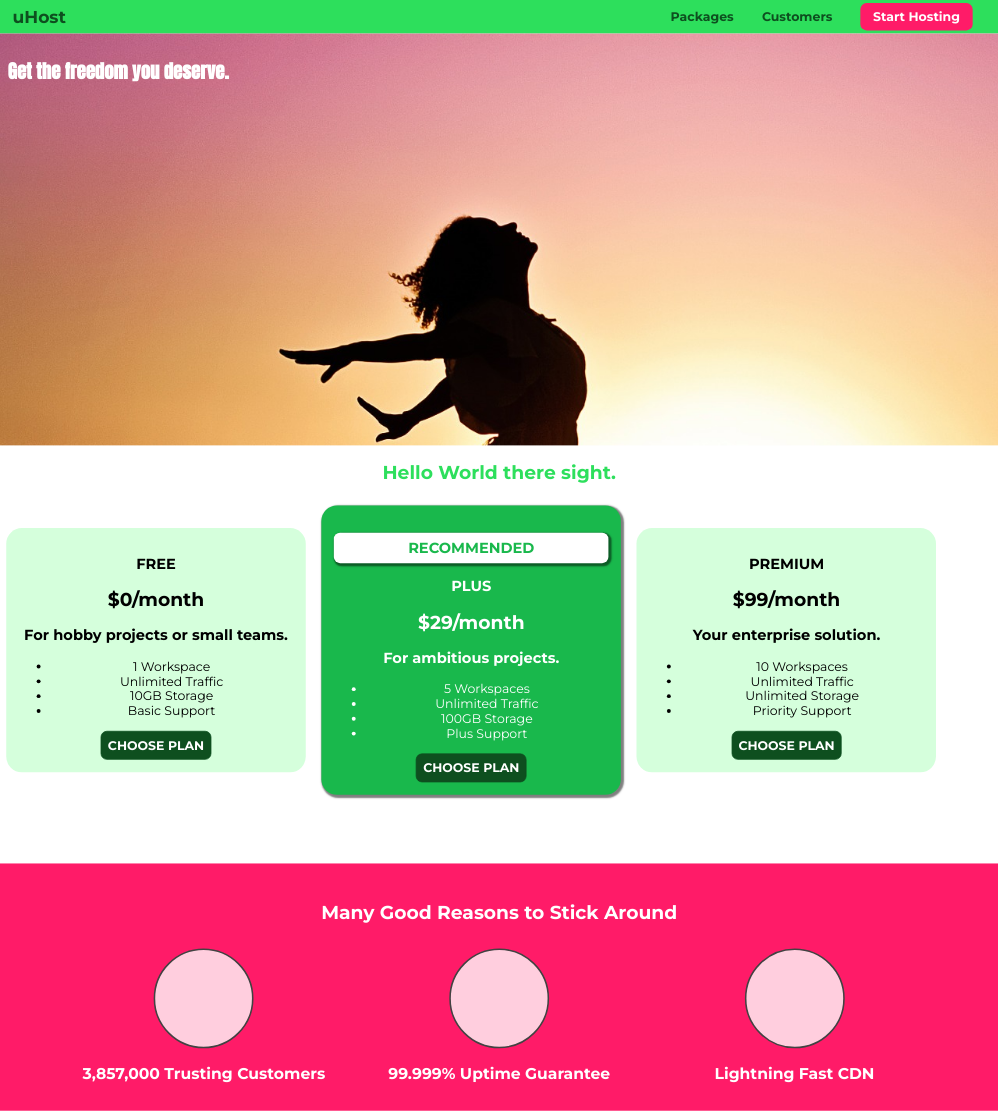
Repository: xtremer15/Css-JS
Page: Css-JS/JS and CSS Study/CSS/basics-01-understanding-the-course-project-starting-code/CSS Study/index.html
An editor plug-in stored every save of this project. The page is shown before and after a run of saves, followed by the edit.
The browser window is 1280 px wide. The pictures show the whole page, at 78% of full size.

Above is the page before, as saved 2020-04-01 13:18:04.

### Css-JS/JS and CSS Study/CSS/basics-01-understanding-the-course-project-starting-code/CSS Study/index.html
<!DOCTYPE html>
<html lang="en">

<head>
    <meta charset="UTF-8">
    <meta http-equiv="X-UA-Compatible" content="ie=edge">
    <title>uHost</title>
    <link rel="shortcut icon" href="favicon.png">
    <link href="https://fonts.googleapis.com/css?family=Anton" rel="stylesheet">
    <link href="https://fonts.googleapis.com/css?family=Montserrat:400,700" rel="stylesheet">
    <link rel="stylesheet" href="main.css">
</head>

<body>
    <header class="main-header">
        <div>
            <a href="index.html" class="main-header__brand">
                uHost
            </a>
        </div>
        <nav class="main-nav">
            <ul class="main-nav__items">
                <li class="main-nav__item">
                    <a href="packages/index.html">Packages</a>
                </li>
                <li class="main-nav__item">
                    <a href="customers/index.html">Customers</a>
                </li>
                <li class="main-nav__item main-nav__item--cta">
                    <a href="start-hosting/index.html">Start Hosting</a>
                </li>
            </ul>
        </nav>
    </header>
    <main>
        <section id="product-overview">
            <h1>Get the freedom you deserve.</h1>
        </section>
        <section id="plans">
            <h1 class="section-title">Hello World there sight.</h1>
            <div>
                <article class="plan">
                    <h1>FREE</h1>
                    <h2>$0/month</h2>
                    <h3>For hobby projects or small teams.</h3>
                    <ul>
                        <li>1 Workspace</li>
                        <li>Unlimited Traffic</li>
                        <li>10GB Storage</li>
                        <li>Basic Support</li>
                    </ul>
                    <div>
                        <button class="button">CHOOSE PLAN</button>
                    </div>
                </article>
                <article class="plan plan--highlighted">
                    <h1 class="plan__recommanded">RECOMMENDED</h1>
                    <h1>PLUS</h1>
                    <h2>$29/month</h2>
                    <h3>For ambitious projects.</h3>
                    <ul>
                        <li>5 Workspaces</li>
                        <li>Unlimited Traffic</li>
                        <li>100GB Storage</li>
                        <li>Plus Support</li>
                    </ul>
                    <div>
                        <button class="button">CHOOSE PLAN</button>
                    </div>
                </article>
                <article class="plan">
                    <h1>PREMIUM</h1>
                    <h2>$99/month</h2>
                    <h3>Your enterprise solution.</h3>
                    <ul>
                        <li>10 Workspaces</li>
                        <li>Unlimited Traffic</li>
                        <li>Unlimited Storage</li>
                        <li>Priority Support</li>
                    </ul>
                    <div>
                        <button class="button">CHOOSE PLAN</button>
                    </div>
                </article>
            </div>
        </section>
        <section id="key-features">
            <h1 class="section-title">Many Good Reasons to Stick Around</h1>
            <ul class="key-feature__list">
                <li class="key-feature__item">
                    <div class="key-feature__img">

                    </div>
                    <p class="key-feature__description">3,857,000 Trusting Customers</p>
                </li>
                <li class="key-feature__item">
                    <div class="key-feature__img">

                    </div>
                    <p class="key-feature__description">99.999% Uptime Guarantee</p>
                </li>
                <li class="key-feature__item">
                    <div class="key-feature__img">

                    </div>
                    <p class="key-feature__description">Lightning Fast CDN</p>
                </li>
            </ul>
        </section>
    </main>
</body>

</html>

### Css-JS/JS and CSS Study/CSS/basics-01-understanding-the-course-project-starting-code/CSS Study/main.css
* {
  box-sizing: border-box;
}

body {
  font-family: "Montserrat", sans-serif;
  margin: 0;
}

#product-overview {
  background: url("freedom.jpg");
  width: 100%;
  height: 528px;
  padding: 10px;
}

.section-title {
  color: #2ddf5c;
  text-align: center;
}

#product-overview h1 {
  color: white;
  font-family: "Anton", sans-serif;
}

.plan {
  background: #d5ffdc;
  text-align: center;
  padding: 16px;
  margin: 8px;
  display: inline-block;
  width: 30%;
  vertical-align: middle;
  border-radius: 20px;
}

.plan--highlighted {
  background-color: #19b84c;
  color: white;
  box-shadow: 2px 2px 2px 2px rgba(0, 0, 0, 0.5);
}

.plan__recommanded {
  background: white;
  color: #19b84c;
  padding: 8px;
  box-shadow: 2px 2px 2px 2px rgba(0, 0, 0, 0.5);
  border-radius: 8px;
}

.button {
  background: #0e4f1f;
  color: #fff;
  font: inherit;
  border: 1px solid #0e4f1f;
  padding: 8px;
  border-radius: 8px;
  font-weight: bold;
  cursor: pointer;
}

button:hover,
button:active {
  background: white;
  color: #0e4f1f;
}

.button:focus {
  outline: none;
}

#key-features {
  background: #ff1b68;
  margin-top: 80px;
  padding: 16px;
}

#key-features .section-title {
  color: white;
  margin: 32px;
}

.key-feature__list {
  list-style: none;
  margin: 0;
  padding: 0;
  text-align: center;
}

.key-feature__item {
  display: inline-block;
  width: 30%;
  vertical-align: top;
}

.key-feature__img {
  background: #ffcede;
  width: 128px;
  height: 128px;
  border: 2px solid #424242;
  border-radius: 50%;
  margin: auto;
}

.key-feature__description {
  text-align: center;
  font-weight: bold;
  color: #fff;
  font-size: 20px;
}

/* h1 {
  font-family: sans-serif;
} */

.main-header {
  width: 100%;
  background: #2ddf5c;
  padding: 8px 16px;
}

.main-header > div {
  display: inline-block;
  vertical-align: middle;
}

.main-header__brand {
  color: #0e4f1f;
  text-decoration: none;
  font-weight: bold;
  font-size: 22px;
}

.main-nav {
  display: inline-block;
  text-align: right;
  width: calc(100% - 74px);
  vertical-align: middle;
}

.main-nav__items {
  margin: 0;
  padding: 0;
  list-style: none;
}

.main-nav__item {
  display: inline-block;
  margin: 0 16px;
}

.main-nav__item a {
  text-decoration: none;
  color: #0e4f1f;
  font-weight: bold;
  padding: 3px 0;
}

.main-nav__item a:hover,
.main-nav__item a:active {
  color: white;
  border-bottom: 5px solid white;
}

.main-nav__item--cta a {
  color: white;
  background: #ff1b68;
  padding: 8px 16px;
  border-radius: 8px;
}

.main-nav__item--cta a:hover,
.main-nav__item--cta a:active {
  color: #ff1b68;
  background: white;
  border: none;
}

After the next 2 saves:
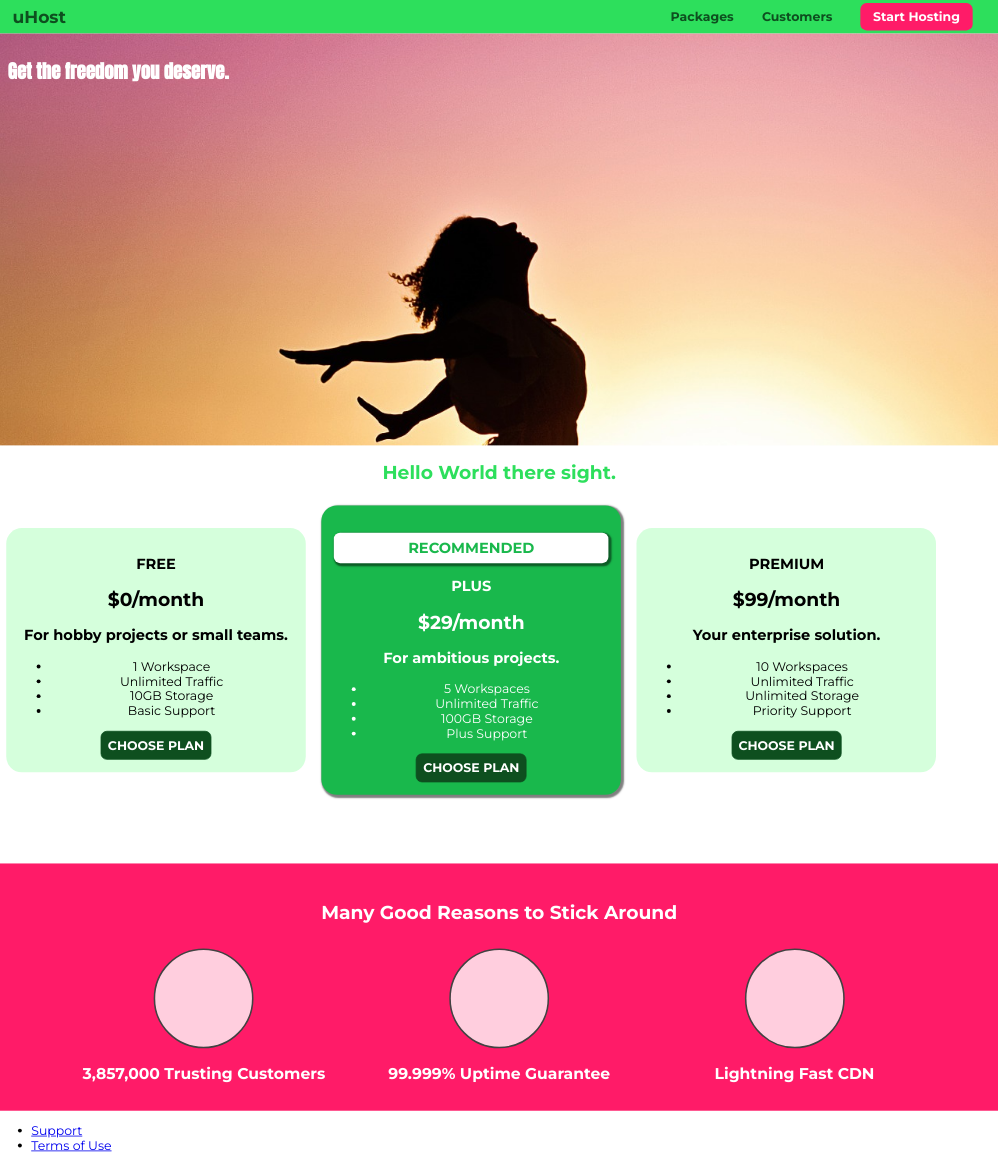
The 2 saves are shown as one change because they came seconds apart.
The last was saved 10 min 6 s later.
--- a/Css-JS/JS and CSS Study/CSS/basics-01-understanding-the-course-project-starting-code/CSS Study/index.html
+++ b/Css-JS/JS and CSS Study/CSS/basics-01-understanding-the-course-project-starting-code/CSS Study/index.html
@@ -108,6 +108,18 @@
             </ul>
         </section>
     </main>
+    <footer class="main-footer">
+        <nav>
+            <ul class="main-footer__links">
+                <li class="main-footer__link">
+                    <a href="#">Support</a>
+                </li>
+                <li class="main-footer__link">
+                    <a href="#">Terms of Use</a>
+                </li>
+            </ul>
+        </nav>
+    </footer>
 </body>
 
 </html>
